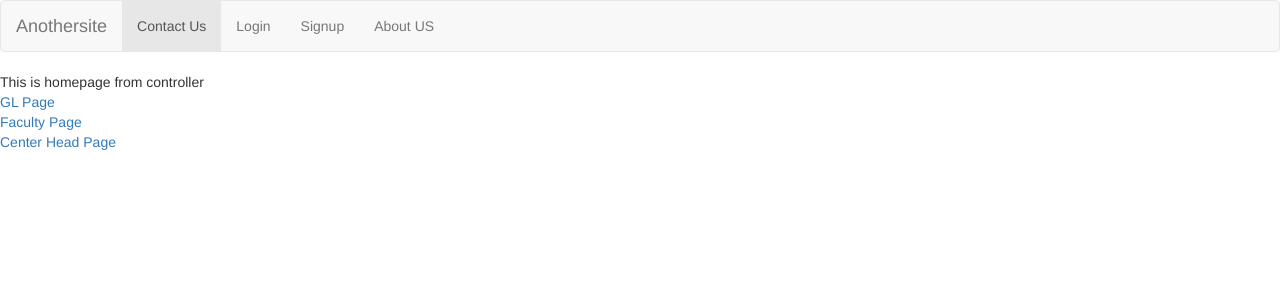
Repository: RajeswarM-NIIT/RajeswarAceMarch2020
Page: http://localhost/attendance/WEB-INF/views/homepage.jsp
The author's editor kept a copy of each file at every save. The page is drawn from the files as they stood at one save, then again after the next save.
The browser window is 1280 px wide. The pictures show the whole page.
The page is served by Tomcat 9. Nobody is signed in. Other server files are loaded and not shown. The template is opened directly, without the code that normally fills it, so the values that code supplies are empty.

Above is the page before, as saved 2020-03-13 20:12:33.

### attendance/src/main/webapp/WEB-INF/views/homepage.jsp
<html>
<head>

<%@ include file = "links.jsp" %>
</head>
<body>
<nav class="navbar navbar-default">
  <div class="container-fluid">
    <div class="navbar-header">
     	<a class="navbar-brand" href="#">Anothersite</a>
	    <ul class="nav navbar-nav">
	      <li class="active"><a href="#">Contact Us</a></li>
	      <li><a href="reqLoginPage">Login</a></li>
	      <li><a href="reqSignUpPage">Signup</a></li>
	      <li><a href="#">About US</a></li>
	    </ul>
  	</div>
  </div>
</nav>


This is homepage from controller
<br>
<a href="reqGLPage">GL Page</a>
<br>
<a href="reqFacPage">Faculty Page</a>
<br>
<a href="reqCHPage">Center Head Page</a>

</body>
</html>

### attendance/src/main/webapp/WEB-INF/views/links.jsp
  <link rel="stylesheet" href="https://maxcdn.bootstrapcdn.com/bootstrap/3.4.1/css/bootstrap.min.css">
  <script src="https://ajax.googleapis.com/ajax/libs/jquery/3.4.1/jquery.min.js"></script>
  <script src="https://maxcdn.bootstrapcdn.com/bootstrap/3.4.1/js/bootstrap.min.js"></script>
  <link rel="stylesheet" href="https://cdnjs.cloudflare.com/ajax/libs/font-awesome/4.7.0/css/font-awesome.min.css">

  <%@ taglib uri="http://www.springframework.org/tags/form" prefix="spring"%>
  <%@ taglib uri="http://java.sun.com/jsp/jstl/core" prefix="c"%>

### attendance/src/main/webapp/WEB-INF/views/navbar.jsp
<nav class="navbar navbar-default">
  <div class="container-fluid">
    <div class="navbar-header">
     	<a class="navbar-brand" href="#">eNcore Vista</a>
	    <ul class="nav navbar-nav">
	      <li><a href="reqLoginPage">Login</a></li>
	      <li><a href="reqSignUpPage">Signup</a></li>
	    </ul>
  	</div>
  </div>
</nav>

After the next save:
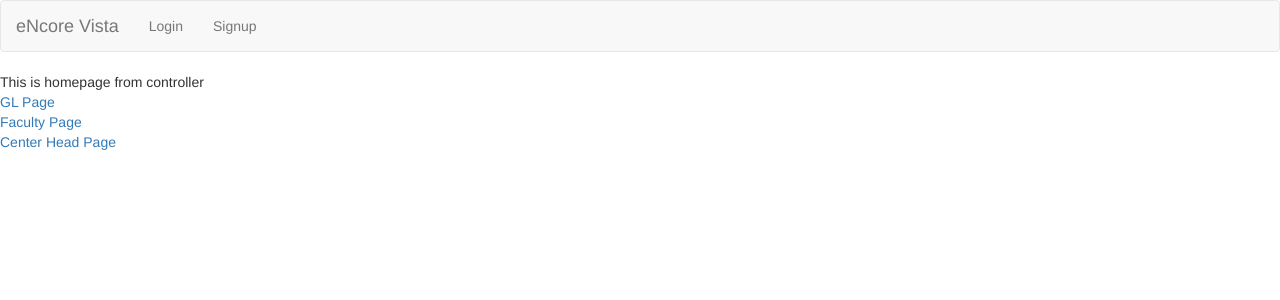
Saved 8 s later.
--- a/attendance/src/main/webapp/WEB-INF/views/homepage.jsp
+++ b/attendance/src/main/webapp/WEB-INF/views/homepage.jsp
@@ -4,19 +4,7 @@
 <%@ include file = "links.jsp" %>
 </head>
 <body>
-<nav class="navbar navbar-default">
-  <div class="container-fluid">
-    <div class="navbar-header">
-     	<a class="navbar-brand" href="#">Anothersite</a>
-	    <ul class="nav navbar-nav">
-	      <li class="active"><a href="#">Contact Us</a></li>
-	      <li><a href="reqLoginPage">Login</a></li>
-	      <li><a href="reqSignUpPage">Signup</a></li>
-	      <li><a href="#">About US</a></li>
-	    </ul>
-  	</div>
-  </div>
-</nav>
+<%@ include file = "navbar.jsp" %>
 
 
 This is homepage from controller
